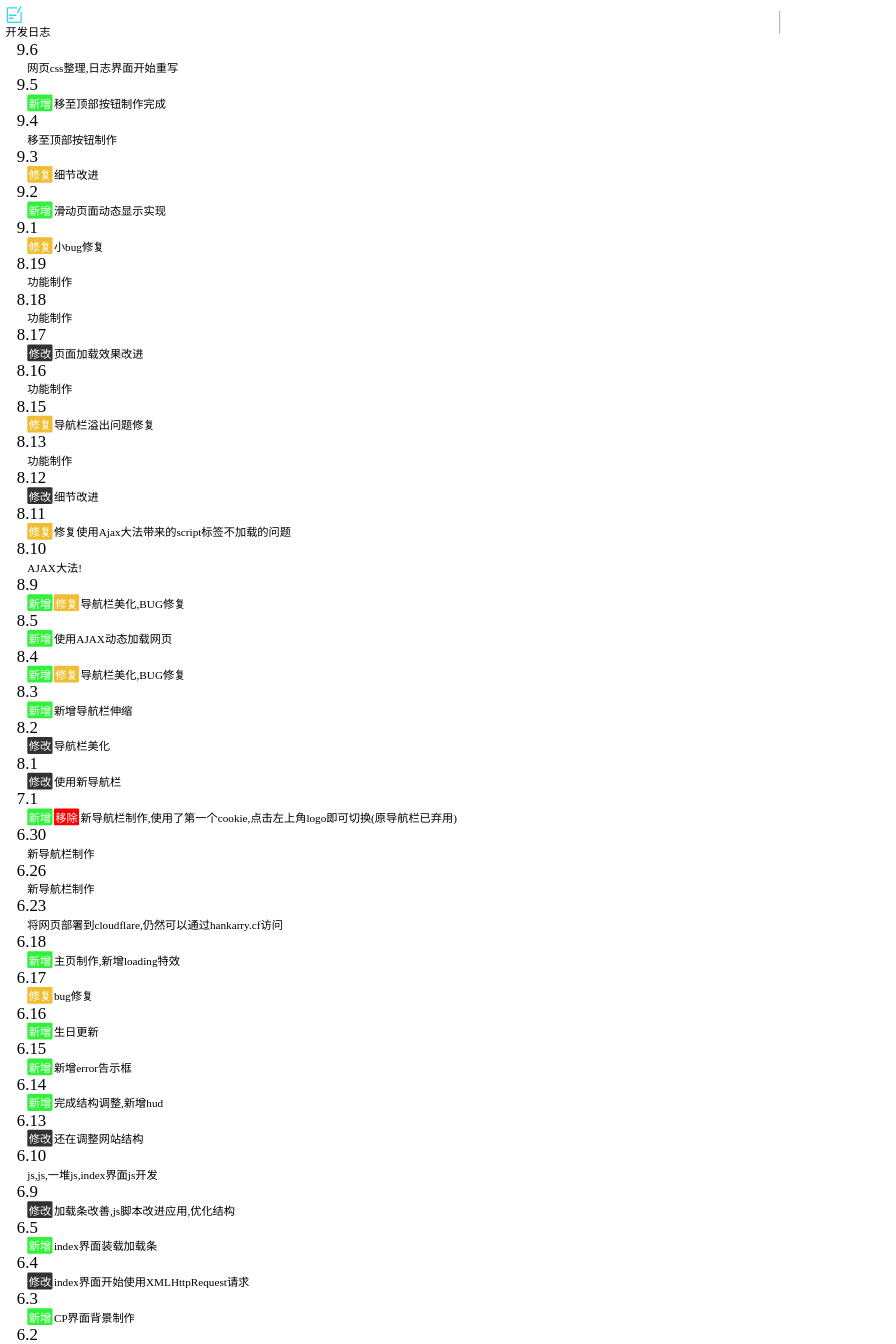
Repository: hankarry/personal_page
Page: diary/diary_pageload.html
These files come from the project's save history. The page is drawn as it stood at one moment and after the next save; the edit follows.
The browser window is 1280 px wide. The pictures show the part of the page from y = 0 to 1920 px (the page is 3680 px tall before and 3512 px after), at 70% of full size.

Above is the page before, as saved 2022-09-08 22:37:49.
Console error: ReferenceError: Header is not defined

### diary/diary_pageload.html
<link rel="stylesheet" type="text/css" href="css/diary.css">
<script>Header(1, 'head_diary')</script>
<div>
    <div class="card">
        <div id="whole_diary">
            <div class="title_div"><img src="/css/hud/xiugaidingdan.svg" width="25" height="25"><section class="p_title">开发日志</section></div>
            <hr>
            <ul id="diary">
                <li>
                    <div class="diary_title">9.6</div>
                    <div class="diary_content">
                        网页css整理,日志界面开始重写
                    </div>
                </li>
                <li>
                    <div class="diary_title">
                        9.5
                    </div>
                    <div class="diary_content">
                        <div class="xinzeng">新增</div>移至顶部按钮制作完成
                    </div>
                </li>
                <li>
                    <div class="diary_title">
                        9.4
                    </div>
                    <div class="diary_content">
                        移至顶部按钮制作
                    </div>
                </li>
                <li>
                    <div class="diary_title">
                        9.3
                    </div>
                    <div class="diary_content">
                        <div class="xiufu">修复</div>细节改进
                    </div>
                </li>
                <li>
                    <div class="diary_title">
                        9.2
                    </div>
                    <div class="diary_content">
                        <div class="xinzeng">新增</div>滑动页面动态显示实现
                    </div>
                </li>
                <li>
                    <div class="diary_title">
                        9.1
                    </div>
                    <div class="diary_content">
                        <div class="xiufu">修复</div>小bug修复
                    </div>
                </li>
                <li>
                    <div class="diary_title">
                        8.19
                    </div>
                    <div class="diary_content">
                        功能制作
                    </div>
                </li>
                <li>
                    <div class="diary_title">
                        8.18
                    </div>
                    <div class="diary_content">
                        功能制作
                    </div>
                </li>
                <li>
                    <div class="diary_title">
                        8.17
                    </div>
                    <div class="diary_content">
                        <div class="xiugai">修改</div>页面加载效果改进
                    </div>
                </li>
                <li>
                    <div class="diary_title">
                        8.16
                    </div>
                    <div class="diary_content">
                        功能制作
                    </div>
                </li>
                <li>
                    <div class="diary_title">
                        8.15
                    </div>
                    <div class="diary_content">
                        <div class="xiufu">修复</div>导航栏溢出问题修复
                    </div>
                </li>
                <li>
                    <div class="diary_title">
                        8.13
                    </div>
                    <div class="diary_content">
                        功能制作
                    </div>
                </li>
                <li>
                    <div class="diary_title">
                        8.12
                    </div>
                    <div class="diary_content">
                        <div class="xiugai">修改</div>细节改进
                    </div>
                </li>
                <li>
                    <div class="diary_title">
                        8.11
                    </div>
                    <div class="diary_content">
                        <div class="xiufu">修复</div>修复使用Ajax大法带来的script标签不加载的问题
                    </div>
                </li>
                <li>
                    <div class="diary_title">
                        8.10
                    </div>
                    <div class="diary_content">
                        AJAX大法!
                    </div>
                </li>
                <li>
                    <div class="diary_title">
                        8.9
                    </div>
                    <div class="diary_content">

                        <div class="xinzeng">新增</div><div class="xiufu">修复</div>导航栏美化,BUG修复
                    </div>
                </li>
                <li>
                    <div class="diary_title">
                        8.5
                    </div>
                    <div class="diary_content">
                        <div class="xinzeng">新增</div>使用AJAX动态加载网页
                    </div>
                </li>
                <li>
                    <div class="diary_title">
                        8.4
                    </div>
                    <div class="diary_content">
                        <div class="xinzeng">新增</div><div class="xiufu">修复</div>导航栏美化,BUG修复
                    </div>
                </li>
                <li>
                    <div class="diary_title">
                        8.3
                    </div>
                    <div class="diary_content">
                        <div class="xinzeng">新增</div>新增导航栏伸缩
                    </div>
                </li>
                <li>
                    <div class="diary_title">
                        8.2
                    </div>
                    <div class="diary_content">
                        <div class="xiugai">修改</div>导航栏美化
                    </div>
                </li>
                <li>
                    <div class="diary_title">
                        8.1
                    </div>
                    <div class="diary_content">
                        <div class="xiugai">修改</div>使用新导航栏
                    </div>
                </li>
                <li>
                    <div class="diary_title">
                        7.1
                    </div>
                    <div class="diary_content">
                        <div class="xinzeng">新增</div><div class="yichu">移除</div>新导航栏制作,使用了第一个cookie,点击左上角logo即可切换(原导航栏已弃用)
                    </div>
                </li>
                <li>
                    <div class="diary_title">
                        6.30
                    </div>
                    <div class="diary_content">
                        新导航栏制作
                    </div>
                </li>
                <li>
                    <div class="diary_title">
                        6.26
                    </div>
                    <div class="diary_content">
                        新导航栏制作
                    </div>
                </li>
                <li>
                    <div class="diary_title">
                        6.23
                    </div>
                    <div class="diary_content">
                        将网页部署到cloudflare,仍然可以通过hankarry.cf访问
                    </div>
                </li>
                <li>
                    <div class="diary_title">
                        6.18
                    </div>
                    <div class="diary_content">
                        <div class="xinzeng">新增</div>主页制作,新增loading特效
                    </div>
                </li>
                <li>
                    <div class="diary_title">
                        6.17
                    </div>
                    <div class="diary_content">
                        <div class="xiufu">修复</div>bug修复
                    </div>
                </li>
                <li>
                    <div class="diary_title">
                        6.16
                    </div>
                    <div class="diary_content">
                        <div class="xinzeng">新增</div>生日更新
                    </div>
                </li>
                <li>
                    <div class="diary_title">
                        6.15
                    </div>
                    <div class="diary_content">
                        <div class="xinzeng">新增</div>新增error告示框
                    </div>
                </li>
                <li>
                    <div class="diary_title">
                        6.14
                    </div>
                    <div class="diary_content">
                        <div class="xinzeng">新增</div>完成结构调整,新增hud
                    </div>
                </li>
                <li>
                    <div class="diary_title">
                        6.13
                    </div>
                    <div class="diary_content">
                        <div class="xiugai">修改</div>还在调整网站结构
                    </div>
                </li>
                <li>
                    <div class="diary_title">
                        6.10
                    </div>
                    <div class="diary_content">
                        js,js,一堆js,index界面js开发
                    </div>
                </li>
                <li>
                    <div class="diary_title">
                        6.9
                    </div>
                    <div class="diary_content">
                        <div class="xiugai">修改</div>加载条改善,js脚本改进应用,优化结构
                    </div>
                </li>
                <li>
                    <div class="diary_title">
                        6.5
                    </div>
                    <div class="diary_content">
                        <div class="xinzeng">新增</div>index界面装载加载条
                    </div>
                </li>
                <li>
                    <div class="diary_title">
                        6.4
                    </div>
                    <div class="diary_content">
                        <div class="xiugai">修改</div>index界面开始使用XMLHttpRequest请求
                    </div>
                </li>
                <li>
                    <div class="diary_title">
                        6.3
                    </div>
                    <div class="diary_content">
                        <div class="xinzeng">新增</div>CP界面背景制作
                    </div>
                </li>
                <li>
                    <div class="diary_title">
                        6.2
                    </div>
                    <div class="diary_content">
                        开始学习XML
                    </div>
                </li>
                <li>
                    <div class="diary_title">
                        6.1
                    </div>
                    <div class="diary_content">
                        儿童劫摆烂
                    </div>
                </li>
                <li>
                    <div class="diary_title">
                        5.31
                    </div>
                    <div class="diary_content">
                        <div class="xiugai">修改</div>动画适配
                    </div>
                </li>
                <li>
                    <div class="diary_title">
                        5.30
                    </div>
                    <div class="diary_content">
                        <div class="xinzeng">新增</div>小言界面制作
                    </div>
                </li>
                <li>
                    <div class="diary_title">
                        5.29
                    </div>
                    <div class="diary_content">
                        <div class="xinzeng">新增</div>多个页面的制作,效果改善
                    </div>
                </li>
                <li>
                    <div class="diary_title">
                        5.28
                    </div>
                    <div class="diary_content">
                        <div class="xinzeng">新增</div>新增页面离开效果
                    </div>
                </li>
                <li>
                    <div class="diary_title">
                        5.27
                    </div>
                    <div class="diary_content">
                        <div class="xinzeng">新增</div>新页面制作,疯狂挖坑
                    </div>
                </li>
                <li>
                    <div class="diary_title">
                        5.26
                    </div>
                    <div class="diary_content">
                        <div class="xinzeng">新增</div>目标界面制作,新页面规划
                    </div>
                </li>
                <li>
                    <div class="diary_title">
                        5.25
                    </div>
                    <div class="diary_content">
                        <div class="xiugai">修改</div>导航栏改进,新页面制作
                    </div>
                </li>
                <li>
                    <div class="diary_title">
                        5.24
                    </div>
                    <div class="diary_content">
                        <div class="xinzeng">新增</div>新建游戏主选项,联机界面改放其下成为子项
                    </div>
                </li>
                <li>
                    <div class="diary_title">
                        5.21
                    </div>
                    <div class="diary_content">
                        <div class="xiugai">修改</div>联机界面改进
                    </div>
                </li>
                <li>
                    <div class="diary_title">
                        5.20
                    </div>
                    <div class="diary_content">
                        <div class="xiufu">修复</div>终于解决按钮的问题了
                    </div>
                </li>
                <li>
                    <div class="diary_title">
                        5.19
                    </div>
                    <div class="diary_content">
                        跟按钮耗
                    </div>
                </li>
                <li>
                    <div class="diary_title">
                        5.18
                    </div>
                    <div class="diary_content">
                        <div class="xiugai">修改</div>琢磨js,重写表格,跟按钮杠上了xwx
                    </div>
                </li>
                <li>
                    <div class="diary_title">
                        5.16
                    </div>
                    <div class="diary_content">
                        <div class="xinzeng">新增</div><div class="xiugai">修改</div>新增语音服务器,界面改进
                    </div>
                </li>
                <li>
                    <div class="diary_title">
                        5.15
                    </div>
                    <div class="diary_content">
                        网页部署在gitee pages,加快访问速度
                    </div>
                </li>
                <li>
                    <div class="diary_title">
                        5.14
                    </div>
                    <div class="diary_content">
                        <div class="xiugai">修改</div>界面改进
                    </div>
                </li>
                <li>
                    <div class="diary_title">
                        5.13
                    </div>
                    <div class="diary_content">
                        <div class="xiugai">修改</div>导航栏改进
                    </div>
                </li>
                <li>
                    <div class="diary_title">
                        5.12
                    </div>
                    <div class="diary_content">
                        <div class="xiugai">修改</div>导航栏改进
                    </div>
                </li>
                <li>
                    <div class="diary_title">
                        5.11
                    </div>
                    <div class="diary_content">
                        <div class="xinzeng">新增</div>动画,主页制作
                    </div>
                </li>
                <li>
                    <div class="diary_title">
                        5.10
                    </div>
                    <div class="diary_content">
                        <div class="xinzeng">新增</div>使用css做了个小动画
                    </div>
                </li>
                <li>
                    <div class="diary_title">
                        5.9
                    </div>
                    <div class="diary_content">
                        开始学习javascript
                    </div>
                </li>
                <li>
                    <div class="diary_title">
                        5.8
                    </div>
                    <div class="diary_content">
                        <div class="xinzeng">新增</div><div class="xiugai">修改</div>新页面开发,导航栏改进
                    </div>
                </li>
                <li>
                    <div class="diary_title">
                        5.7
                    </div>
                    <div class="diary_content">
                        <div class="xinzeng">新增</div>新增多个分页面
                    </div>
                </li>
                <li>
                    <div class="diary_title">
                        5.6
                    </div>
                    <div class="diary_content">
                        <div class="xinzeng">新增</div>新增hud,导航栏
                    </div>
                </li>
                <li>
                    <div class="diary_title">
                        5.5
                    </div>
                    <div class="diary_content">
                        <div class="xiugai">修改</div>使用网格布局,使用MiSans字体
                    </div>
                </li>
                <li>
                    <div class="diary_title">
                        5.3
                    </div>
                    <div class="diary_content">
                        <div class="xinzeng">新增</div>新增开发日志
                    </div>
                </li>
                <li>
                    <div class="diary_title">
                        5.2
                    </div>
                    <div class="diary_content">
                        第一个网页在github pages部署
                    </div>
                </li>
                <li>
                    <div class="diary_title">
                        2022.4.30
                    </div>
                    <div class="diary_content">
                        开始学习html
                    </div>
                </li>
                <br>
                人属于他出生的地方，畜生属于它吃饱的地方。 --原神<br>
                探索自己独一无二的世界，挺过黑夜，并创建您能想象的一切！ --Minecraft<br>
                流淌的命运之河的终点，也许在这一刻就被决定好了。 --11eyes<br>
                你现在的气质里，藏着你走过的路，读过的书和爱过的人。 --卡萨布兰卡<br>
                <div class="loadings_style_1" style="--loading_wh:50px"><div class="loading_style_1_1" style="--loading_wh:25px"></div><div class="loading_style_1_2" style="--loading_wh:25px"></div></div>
				<div class="loadings_style_2"><div class="loading_style_2_1"></div><div class="loading_style_2_2"></div></div>
            </ul>
        </div>
    </div>

    <div class="card">
        <div>
            <section class="p_title">关于此网页的开发</section>
            <hr>
            <div>
                <p>这个网页是我在学校的时候突然冒出来的想法,既然在课间什么都不想看,不如学学做个自己的博客,记录下我自己的生活瞬间,在我的生活里,如果不算我的网上社交,我是无友的</p>
                <p>从小我似乎就成为了为大家所排斥的对象,因为环境,因为我自己,我不懂去和其他人交流,我的家庭也成为了一个阻碍,我几乎是和其他人隔离开的,但还好,带着从小对电子技术的热爱,通过网络我看到了在我们这个环境看不到的东西,我自己的世界没有被局限</p>
                <p>现在我是一个苦逼的高中生(高一), QWQ ,很难,成绩一直不理想,这个网页完全是我在课余时间制作的(所有加起来大概1小时),我会继续努力的</p>
            </div>
        </div>
    </div>
</div>

### css/diary.css
@media screen {
    #whole_diary {
        display: grid;
        grid-template-columns : 75% 25%;

    }
}

#diary {
    margin: 0 1em 0 1em;
    /* padding: 0 1em 0 1em; */
    list-style-position: inside;
    list-style: none;
    padding: 0;

}

.diary_title {
    font-size: 1.5em;
    background-color: var(--backgroundcolor_card);
    /* margin-left: 10px; */
}

.diary_content {
    position: relative;
    /* display: inline-block; */
    padding-left: 15px;
    margin-left: 0px;
}

#diary > li {
    display: list-item;
    /* overflow: hidden; */

    /* 对于absolute定位的层总是相对于其最近的定义为absolute或relative的父层 */
    position: relative;
}

.diary_content::before {
    content: '';
    position: absolute;
    height: 100%;
    top: 0;
    left: 5px;
    width: 1px;
    background-color: var(--gray);
    /* z-index: 0; */
}

.xiufu {
    display: inline-block;
    background-color: rgb(240, 190, 50);
    padding: 0 2px 0 2px;
    margin-right: 2px;
    border-radius: 2px;
    color: white;
}

.xinzeng {
    display: inline-block;
    background-color: rgb(50, 240, 60);
    padding: 0 2px 0 2px;
    margin-right: 2px;
    border-radius: 2px;
    color: white;
}

.yichu {
    display: inline-block;
    background-color: rgb(255,0,0);
    padding: 0 2px 0 2px;
    margin-right: 2px;
    /* border: 1px solid var(--gray); */
    border-radius: 2px;
    color: white;
}

.xiugai {
    display: inline-block;
    background-color: rgb(50,50,50);
    padding: 0 2px 0 2px;
    margin-right: 2px;
    /* border: 1px solid var(--gray); */
    border-radius: 2px;
    color: white;
}

After the next save:
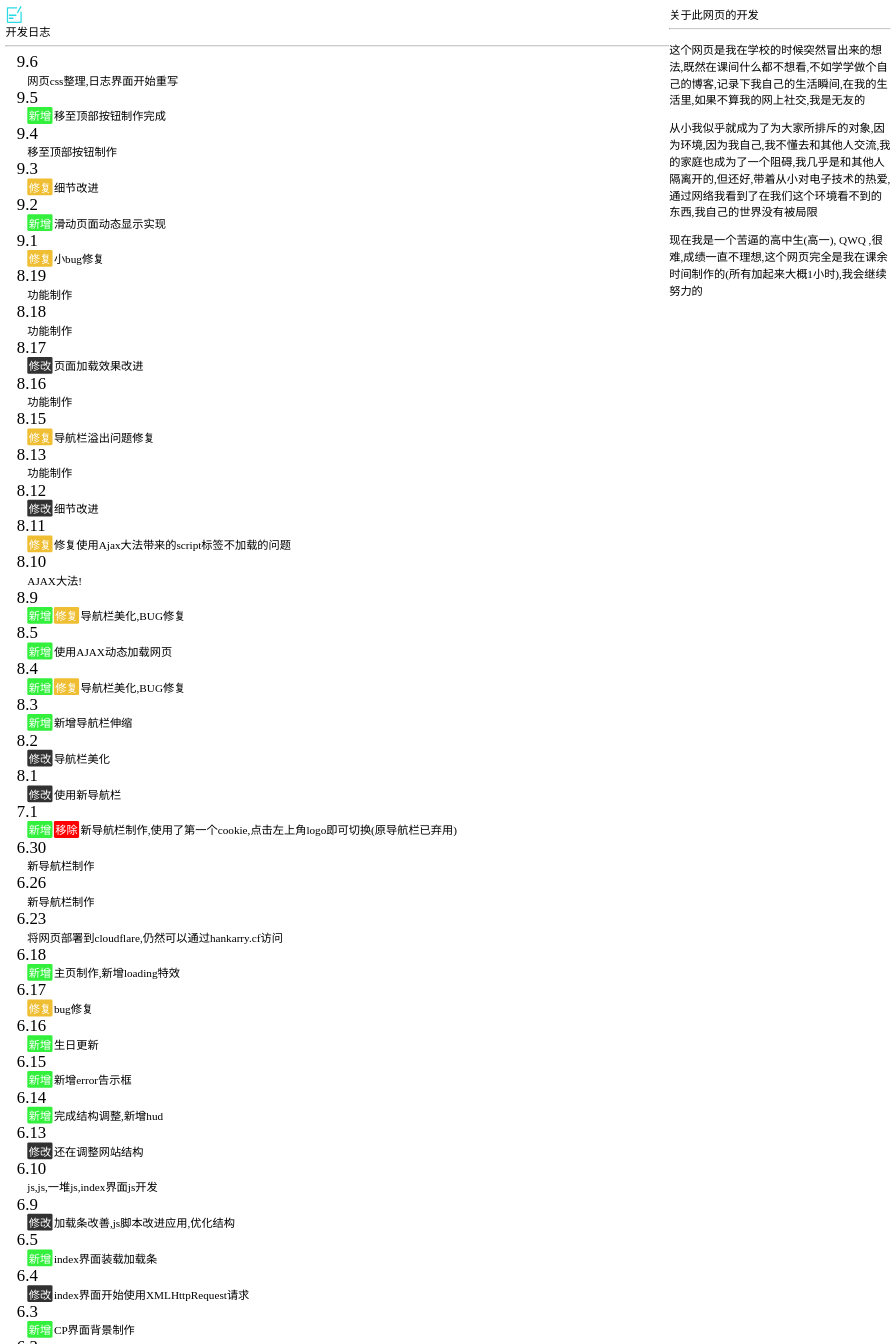
Saved 40 s later.
--- a/diary/diary_pageload.html
+++ b/diary/diary_pageload.html
@@ -1,8 +1,8 @@
 <link rel="stylesheet" type="text/css" href="css/diary.css">
 <script>Header(1, 'head_diary')</script>
-<div>
+<div id="whole_diary">
     <div class="card">
-        <div id="whole_diary">
+        <div>
             <div class="title_div"><img src="/css/hud/xiugaidingdan.svg" width="25" height="25"><section class="p_title">开发日志</section></div>
             <hr>
             <ul id="diary">
